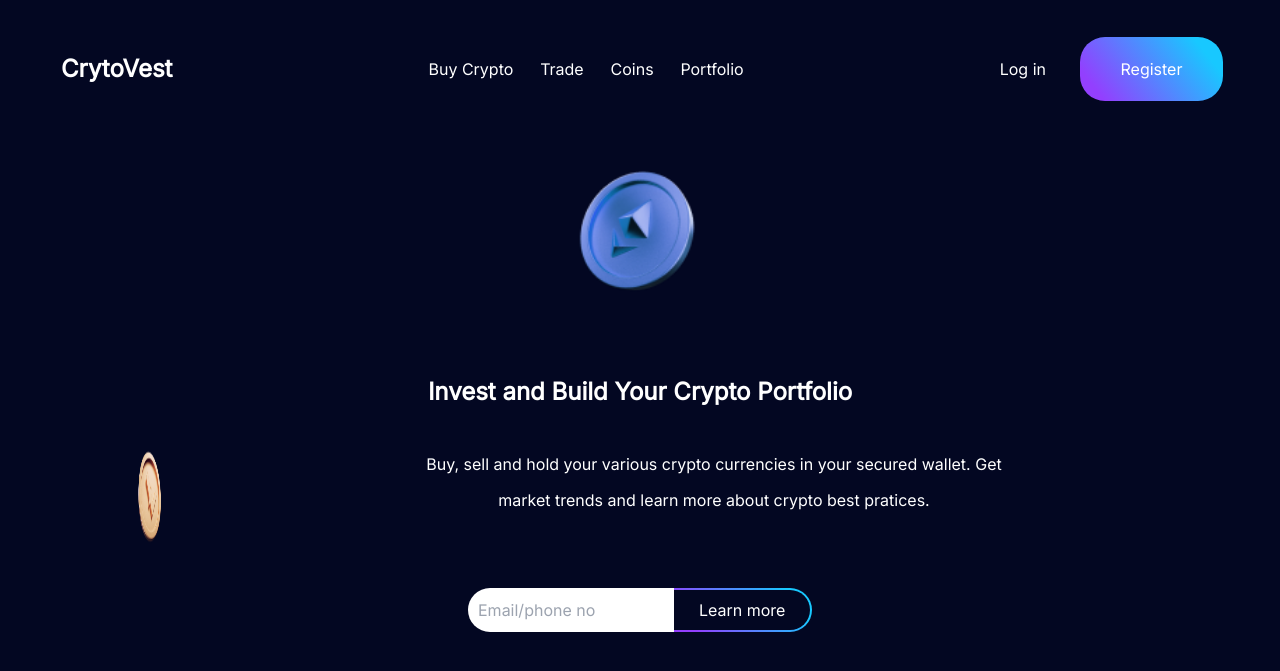
Repository: Eugene44-hub/cryptovest
Page: /
These files come from the project's save history. The page is drawn as it stood at one moment and after the next save; the edit follows.
The browser window is 1280 px wide. The pictures show the whole page.
The project was rebuilt for these pictures with package versions that can differ from the ones it lists, and the page was loaded fresh each time. Also part of the build but not shown: vite.config.ts.

Above is the page before, as saved 2022-07-15 22:55:56.

After the next save:
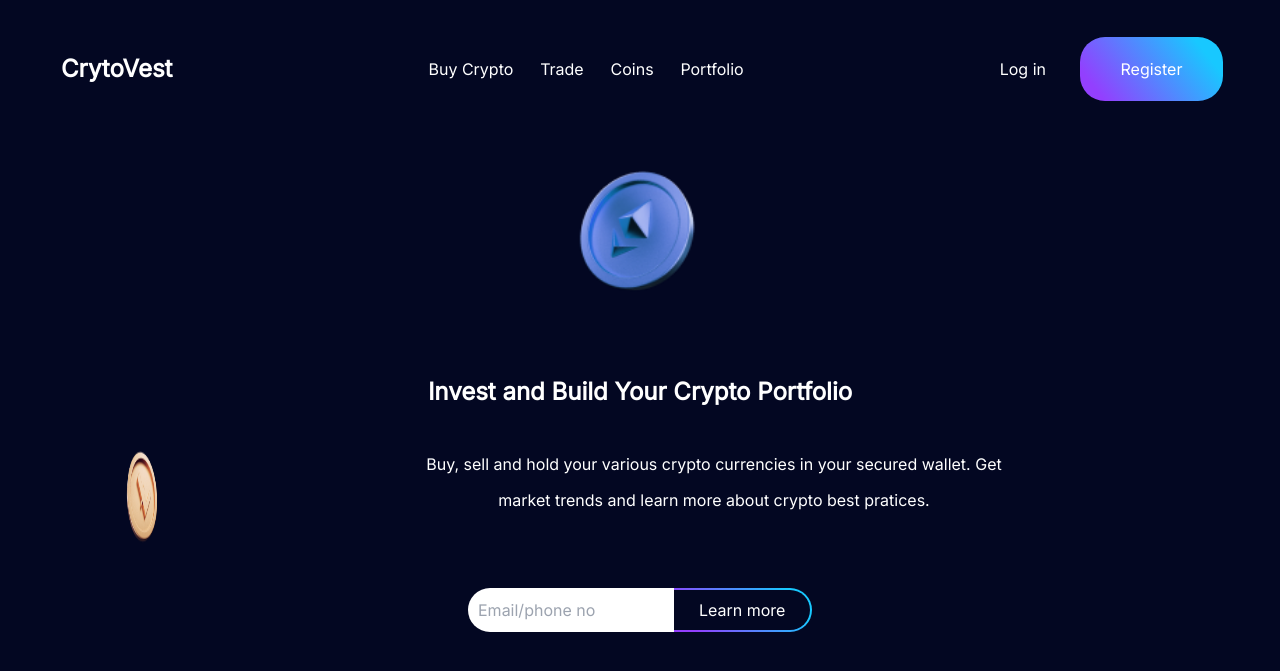
Saved 11 s later.
--- a/src/components/hero/Hero.tsx
+++ b/src/components/hero/Hero.tsx
@@ -16,7 +16,7 @@
             Invest and Build Your Crypto Portfolio
           </header>
           <figure className='flex justify-end'>
-          <img src={liteCoin} className={"w-[30%] "} alt="" />
+          <img src={liteCoin} className={"w-[40%] "} alt="" />
           </figure>
           <div className='w-full md:order-2 md:mt-0 mt-[3px] '>
           <div className='flex w-[344px] m-auto rounded-[25px] mt-[3px] overflow-hidden'>
